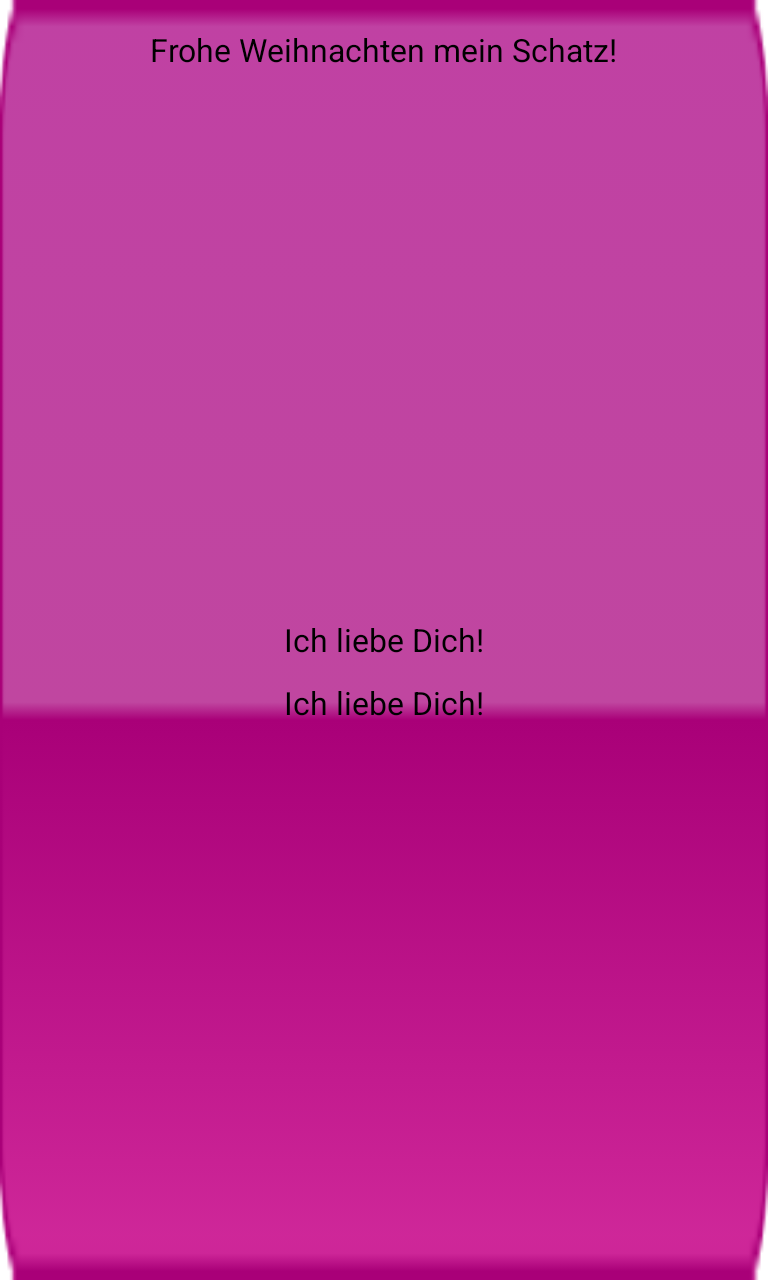
Repository: flashback2k12/ChristmasPresent
Layout: ChristmasPresent/res/layout/widget_layout2_4_1.xml
The author's editor kept a copy of each file at every save. The layout is drawn from the files as they stood at one save, then again after the next save.
It is drawn on a 768 x 1280 px phone screen (xhdpi) without system bars, with theme AppTheme; the app's code is not run.

Above is the layout before, as saved 2012-12-19 18:55:27.

After the next save:
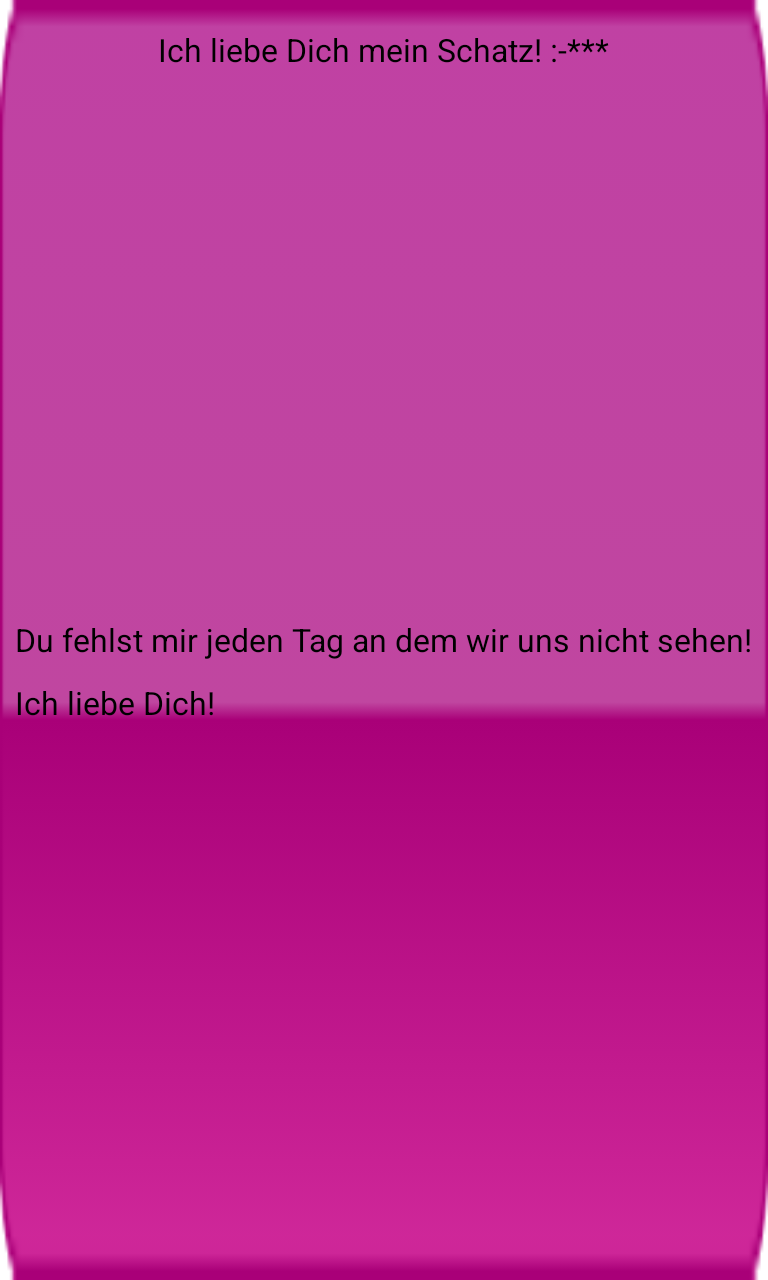
Saved 37 s later.
--- a/ChristmasPresent/res/layout/widget_layout2_4_1.xml
+++ b/ChristmasPresent/res/layout/widget_layout2_4_1.xml
@@ -15,7 +15,7 @@
         android:layout_alignParentTop="true"
         android:layout_centerHorizontal="true"
         android:layout_marginTop="14dp"
-        android:text="@string/christmas"
+        android:text="@string/i_love_you_2"
         android:textAppearance="?android:attr/textAppearanceLarge"
         android:textSize="@dimen/padding_large" />
 
@@ -25,9 +25,10 @@
         android:layout_height="wrap_content"
         android:layout_centerHorizontal="true"
         android:layout_centerVertical="true"
-        android:text="@string/i_love_you"
+        android:text="@string/miss_you"
         android:textAppearance="?android:attr/textAppearanceMedium"
-        android:textSize="@dimen/padding_large" />
+        android:textSize="@dimen/padding_large"
+        android:gravity="center"/>
 
     <TextView
         android:id="@+id/TextView01"
